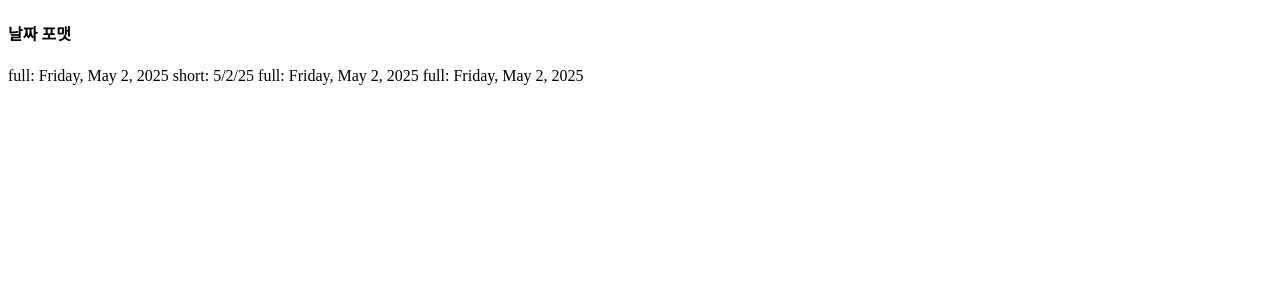
Repository: Motibidu/JSP_Servlet
Page: http://localhost/MushHaveJsp/11JSTL/etc/Fmt2.jsp
These files come from the project's save history. The page is drawn as it stood at one moment and after the next save; the edit follows.
The browser window is 1280 px wide. The pictures show the whole page.
The page is served by Tomcat 10. Other server files are loaded and not shown.

Above is the page before, as saved 2025-05-13 06:36:10.

### MushHaveJsp/src/main/webapp/11JSTL/etc/Fmt2.jsp
<%@page import="java.util.Date"%>
<%@ page language="java" contentType="text/html; charset=UTF-8" pageEncoding="UTF-8"%>
<%@ taglib prefix="c" uri="jakarta.tags.core"%>
<%@ taglib prefix="fmt" uri="jakarta.tags.fmt"%>
<!DOCTYPE html>
<html>
<head>
<meta charset="UTF-8">
<title>JSTL - fmt2</title>
</head>
<body>
	<c:set var= "today" value= "<%= new Date() %>"/>

	<h4>날짜 포맷</h4>
	full: <fmt:formatDate value="${ today }" type= "date" dateStyle= "full"/>
	short: <fmt:formatDate value="${ today }" type= "date" dateStyle= "short"/>
	full: <fmt:formatDate value="${ today }" type= "date" dateStyle= "full"/>
	full: <fmt:formatDate value="${ today }" type= "date" dateStyle= "full"/>
</body>
</html>

After the next save:
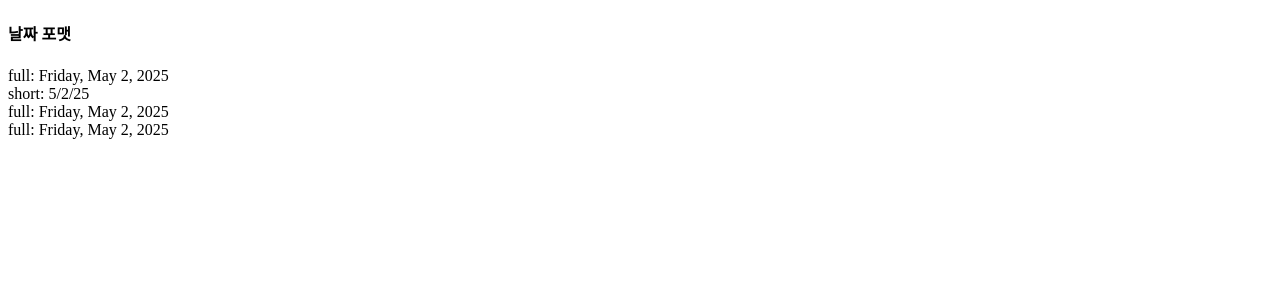
Saved 20 s later.
--- a/MushHaveJsp/src/main/webapp/11JSTL/etc/Fmt2.jsp
+++ b/MushHaveJsp/src/main/webapp/11JSTL/etc/Fmt2.jsp
@@ -12,9 +12,9 @@
 	<c:set var= "today" value= "<%= new Date() %>"/>
 
 	<h4>날짜 포맷</h4>
-	full: <fmt:formatDate value="${ today }" type= "date" dateStyle= "full"/>
-	short: <fmt:formatDate value="${ today }" type= "date" dateStyle= "short"/>
-	full: <fmt:formatDate value="${ today }" type= "date" dateStyle= "full"/>
-	full: <fmt:formatDate value="${ today }" type= "date" dateStyle= "full"/>
+	full: <fmt:formatDate value="${ today }" type= "date" dateStyle= "full"/><br/>
+	short: <fmt:formatDate value="${ today }" type= "date" dateStyle= "short"/> <br/>
+	full: <fmt:formatDate value="${ today }" type= "date" dateStyle= "full"/> <br/>
+	full: <fmt:formatDate value="${ today }" type= "date" dateStyle= "full"/> <br/>
 </body>
 </html>
